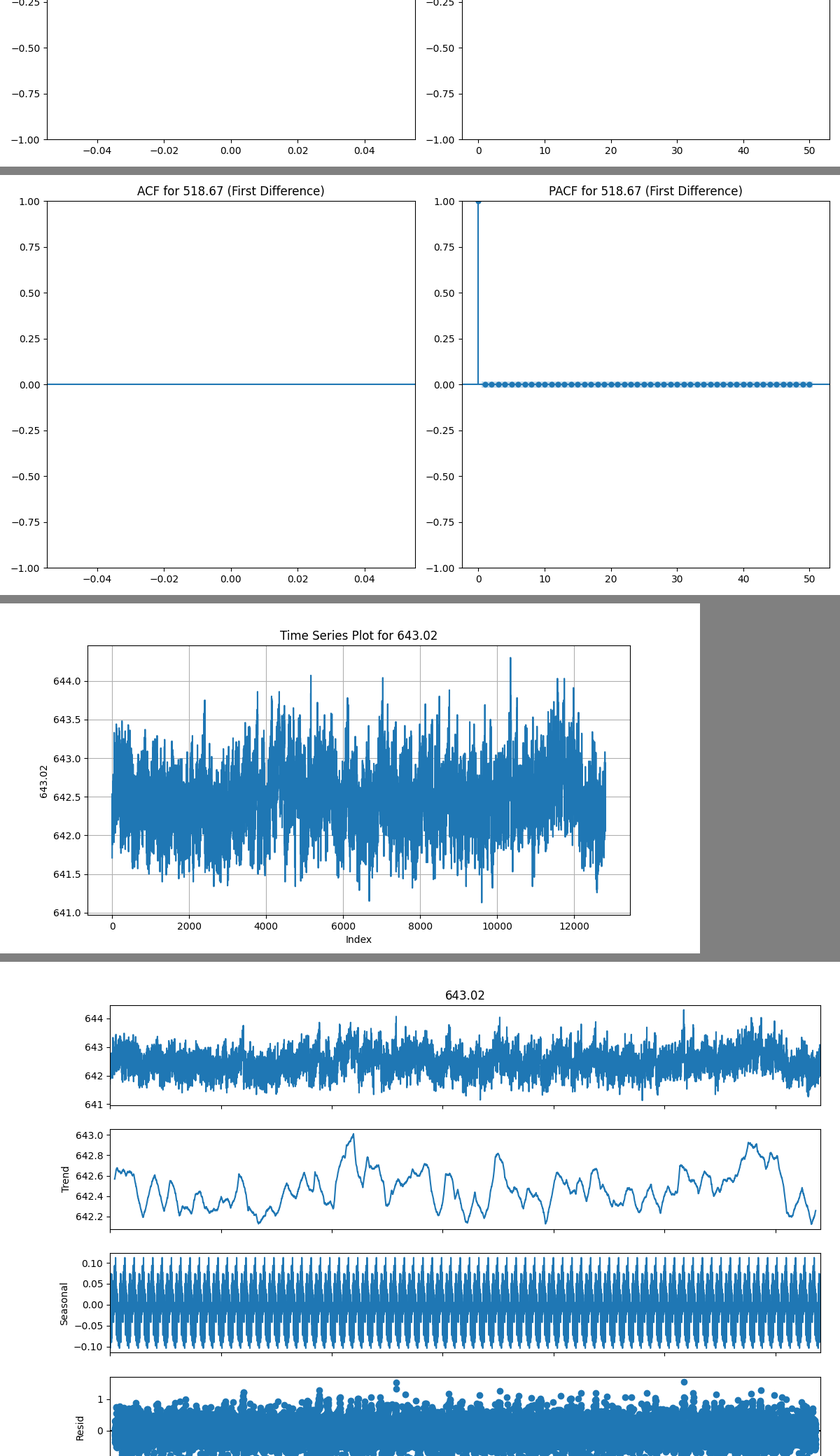
Repository: jubacochran/damage-propagation-modeling-NASA-jet-engine-
Script's output: python timeSeries.py
The author's editor kept a copy of each file at every save. The script's output is drawn from the files as they stood at one save, then again after the next save.
The pictures show rows 1686 to 3766 of an output 5084 px tall, at 70% of full size.
Each picture stacks the figures in order, with grey between them; figures that are only written to a file come last. The script is stopped after its 8th figure. Random numbers start from a fixed seed.

Above is the script's output before, as saved 2024-07-15 20:34:54.

### timeSeries.py
# %%

import pandas as pd
import numpy as np
import seaborn as sns
import matplotlib.pyplot as plt
from sklearn.preprocessing import QuantileTransformer, PowerTransformer,MinMaxScaler
import scipy.stats as stats
from sklearn.preprocessing import MinMaxScaler
import statsmodels.api as sm
from statsmodels.tsa.arima.model import ARIMA
from statsmodels.tsa.stattools import adfuller
from statsmodels.tsa.statespace.sarimax import SARIMAX
from statsmodels.tsa.stattools import acf, pacf
from statsmodels.graphics.tsaplots import plot_acf, plot_pacf
from statsmodels.tsa.seasonal import seasonal_decompose



normalized_data = pd.read_csv('filtered_dataset.csv')
print(normalized_data)

print(normalized_data.info())

columns = normalized_data.columns

# List of columns to exclude from plotting
exclude_columns = ['datetime', '1.1', '0.0023', '0.0003', '100.0', '1','hours']

# Iterate over the columns and plot each one separately
for col in normalized_data.columns:
    if col not in exclude_columns:
        plt.figure(figsize=(10, 5))
        plt.plot(normalized_data[col].values)
        plt.title(f'Time Series Plot for {col}')
        plt.xlabel('Index')
        plt.ylabel(col)
        plt.grid(True)
        plt.show()

        # Seasonal decomposition
        decomposition = seasonal_decompose(normalized_data[col], model='additive', period=168)
        fig = decomposition.plot()
        fig.set_size_inches(12, 8)
        plt.show()

        # Plot ACF and PACF for original series
        plt.figure(figsize=(12, 6))
        plt.subplot(121)
        plot_acf(normalized_data[col].dropna(), lags=50, ax=plt.gca())
        plt.title(f'ACF for {col}')

        plt.subplot(122)
        plot_pacf(normalized_data[col].dropna(), lags=50, ax=plt.gca())
        plt.title(f'PACF for {col}')
        plt.tight_layout()
        plt.show()

        # Take the first difference of the series
        normalized_data[f'{col}_diff'] = normalized_data[col].diff()

        # Plot ACF and PACF for differenced series
        plt.figure(figsize=(12, 6))
        plt.subplot(121)
        plot_acf(normalized_data[f'{col}_diff'].dropna(), lags=50, ax=plt.gca())
        plt.title(f'ACF for {col} (First Difference)')

        plt.subplot(122)
        plot_pacf(normalized_data[f'{col}_diff'].dropna(), lags=50, ax=plt.gca())
        plt.title(f'PACF for {col} (First Difference)')
        plt.tight_layout()
        plt.show()

        # Calculate error metrics for residuals
        residuals = decomposition.resid.dropna()
        maer = np.mean(np.abs(residuals))
        rmser = np.sqrt(np.mean(residuals**2))
        print(f"Mean Absolute Error of Residuals (MAER) for {col}: {maer}")
        print(f"Root Mean Square Error of Residuals (RMSER) for {col}: {rmser}")

Loaded but not shown: filtered_dataset.csv (12813 lines, source omitted)

After the next save:
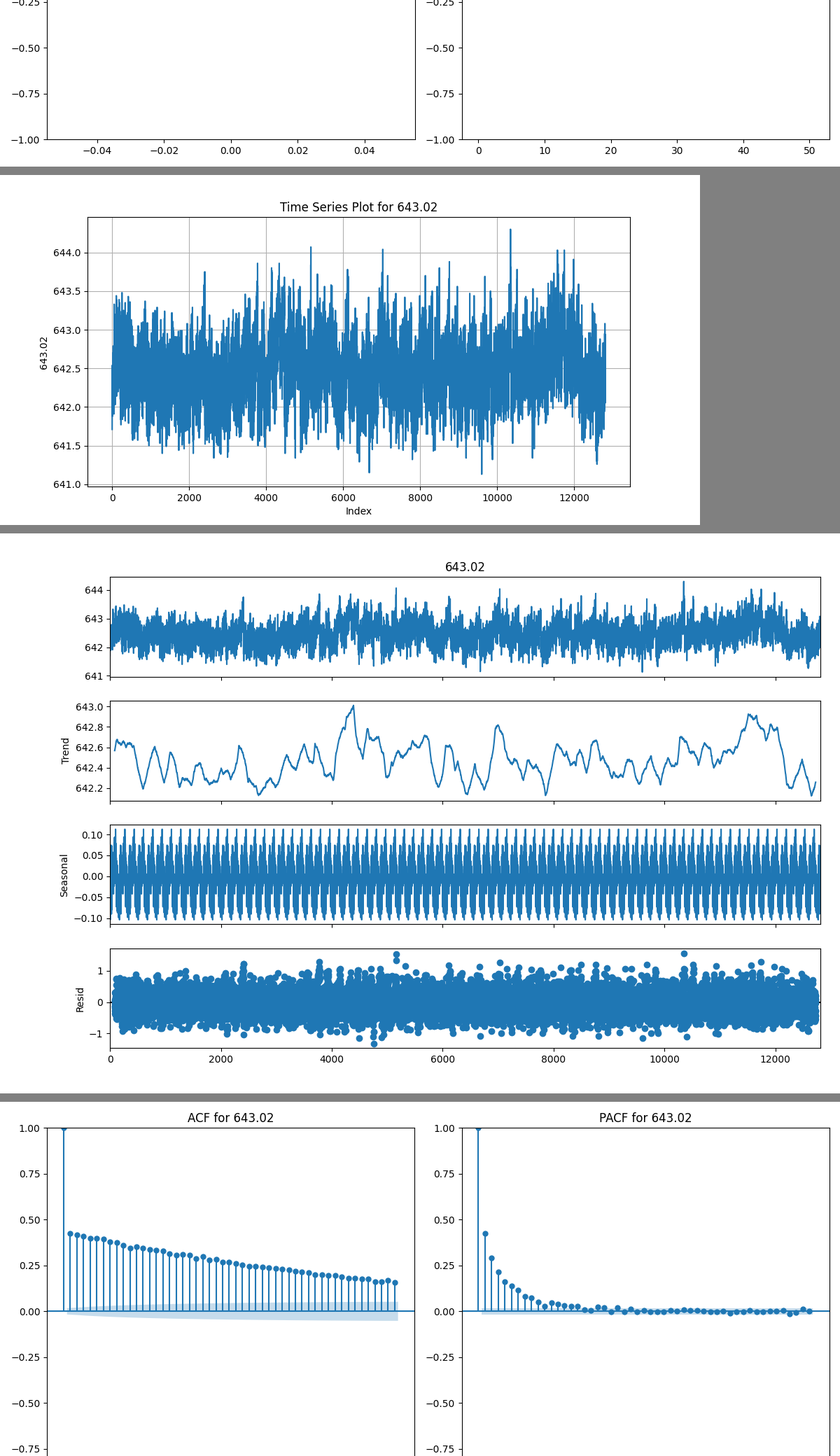
Saved 11 min 4 s later.
--- a/timeSeries.py
+++ b/timeSeries.py
@@ -1,5 +1,4 @@
 # %%
-
 import pandas as pd
 import numpy as np
 import seaborn as sns
@@ -26,6 +25,7 @@ columns = normalized_data.columns
 
 # List of columns to exclude from plotting
 exclude_columns = ['datetime', '1.1', '0.0023', '0.0003', '100.0', '1','hours']
+
 
 # Iterate over the columns and plot each one separately
 for col in normalized_data.columns:
@@ -59,17 +59,47 @@ for col in normalized_data.columns:
         # Take the first difference of the series
         normalized_data[f'{col}_diff'] = normalized_data[col].diff()
 
-        # Plot ACF and PACF for differenced series
-        plt.figure(figsize=(12, 6))
-        plt.subplot(121)
-        plot_acf(normalized_data[f'{col}_diff'].dropna(), lags=50, ax=plt.gca())
-        plt.title(f'ACF for {col} (First Difference)')
+        # Check if the differenced series is constant
+        if normalized_data[f'{col}_diff'].dropna().nunique() <= 1:
+            print(f"The differenced series for {col} is constant. Skipping ADF test.")
+            continue
 
-        plt.subplot(122)
-        plot_pacf(normalized_data[f'{col}_diff'].dropna(), lags=50, ax=plt.gca())
-        plt.title(f'PACF for {col} (First Difference)')
-        plt.tight_layout()
-        plt.show()
+        # Perform the ADF test on the first differenced series
+        result = adfuller(normalized_data[f'{col}_diff'].dropna())
+        print(f'Results for {col}:')
+        print('ADF Statistic:', result[0])
+        print('p-value:', result[1])
+        for key, value in result[4].items():
+            print(f'Critical Value ({key}): {value}')
+
+        # If p-value is greater than 0.05, consider further differencing
+        if result[1] > 0.05:
+            # Take the second difference of the series
+            normalized_data[f'{col}_diff2'] = normalized_data[f'{col}_diff'].diff()
+
+            # Plot ACF and PACF for second differenced series
+            plt.figure(figsize=(12, 6))
+            plt.subplot(121)
+            plot_acf(normalized_data[f'{col}_diff2'].dropna(), lags=50, ax=plt.gca())
+            plt.title(f'ACF for {col} (Second Difference)')
+
+            plt.subplot(122)
+            plot_pacf(normalized_data[f'{col}_diff2'].dropna(), lags=50, ax=plt.gca())
+            plt.title(f'PACF for {col} (Second Difference)')
+            plt.tight_layout()
+            plt.show()
+        else:
+            # Plot ACF and PACF for first differenced series
+            plt.figure(figsize=(12, 6))
+            plt.subplot(121)
+            plot_acf(normalized_data[f'{col}_diff'].dropna(), lags=50, ax=plt.gca())
+            plt.title(f'ACF for {col} (First Difference)')
+
+            plt.subplot(122)
+            plot_pacf(normalized_data[f'{col}_diff'].dropna(), lags=50, ax=plt.gca())
+            plt.title(f'PACF for {col} (First Difference)')
+            plt.tight_layout()
+            plt.show()
 
         # Calculate error metrics for residuals
         residuals = decomposition.resid.dropna()
